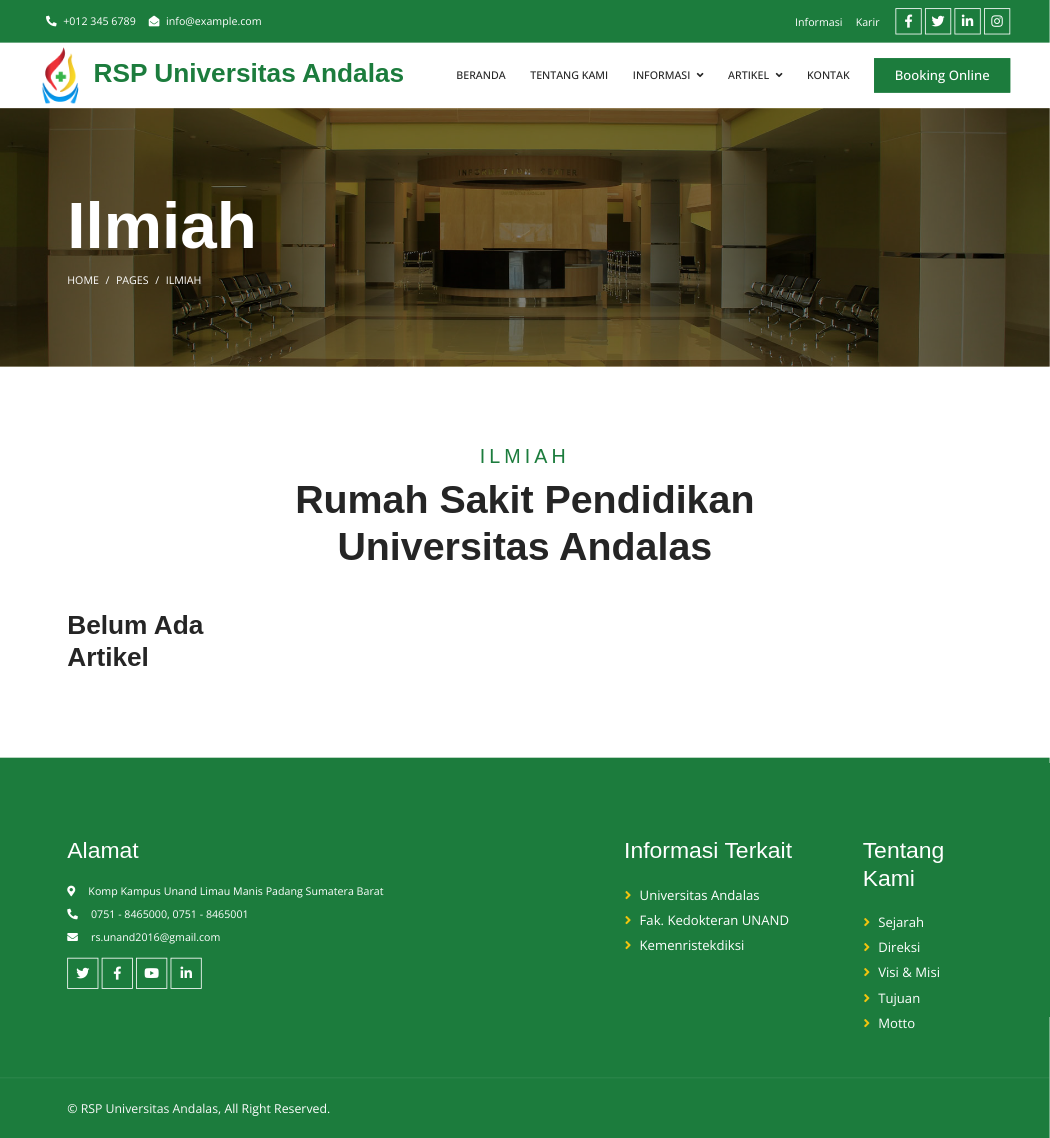
Repository: vivin-erialis/rsunand-site
Page: http://localhost/ilmiah
An editor plug-in stored every save of this project. The page is shown before and after the next save, followed by the edit.
The browser window is 1280 px wide. The pictures show the whole page, at 82% of full size.
Some web fonts or font styles are not loaded; a fallback is used. Some web libraries are served in a nearby version. The page is served by the project's Laravel application, run on PHP 8.4 with Laravel 12. Queries for data that is not in the repository find no rows.

Above is the page before, as saved 2024-04-29 09:58:26.
Console error: TypeError: Cannot read properties of undefined (reading 'version')

After the next save:
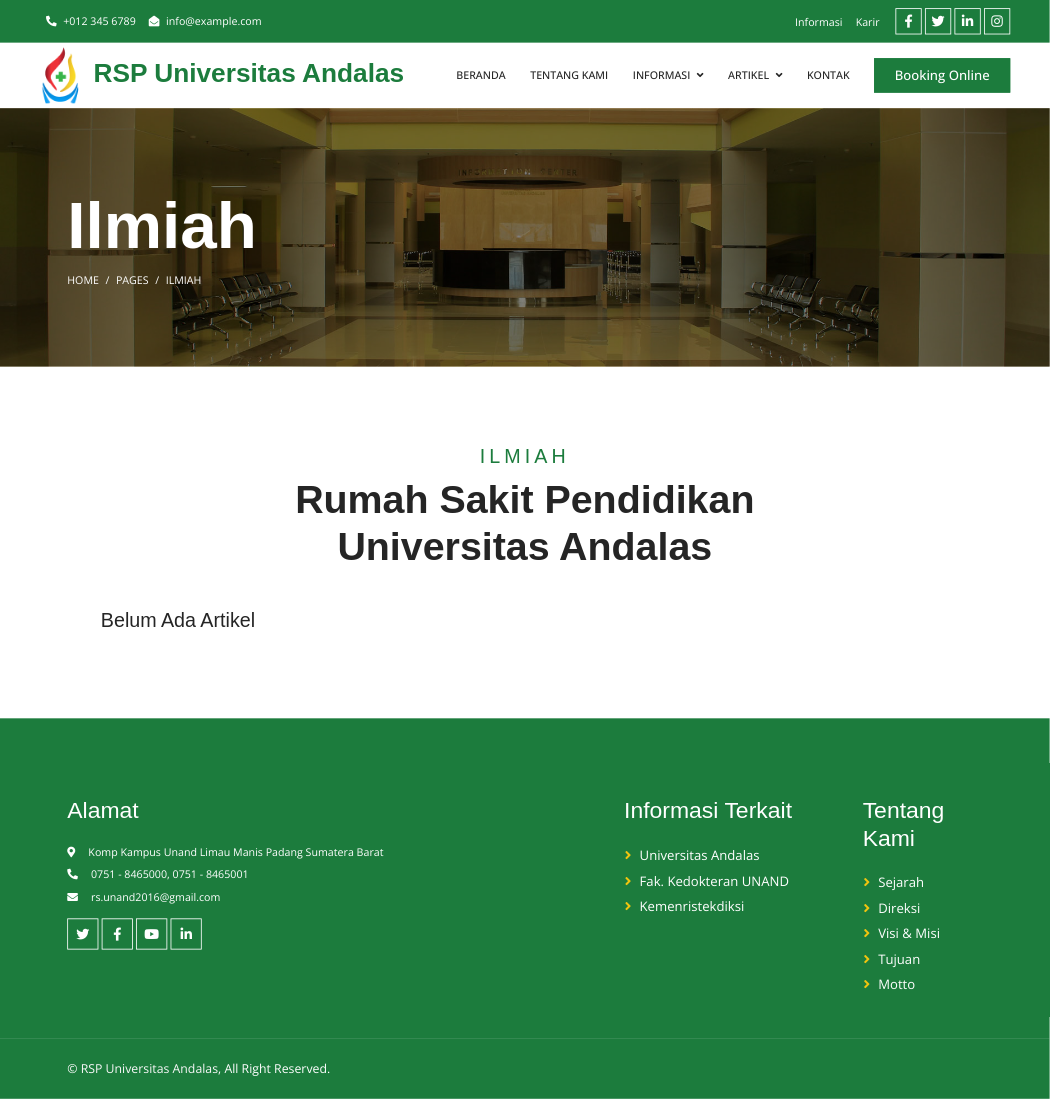
Saved 12 s later.
--- a/resources/views/Frontend/artikel/ilmiah.blade.php
+++ b/resources/views/Frontend/artikel/ilmiah.blade.php
@@ -11,7 +11,7 @@
             </div>
             <dvi class="container-berita">
                 @if ($ilmiah->isEmpty())
-                    <h2>Belum Ada Artikel</h2>
+                    <h4 class="text-center">Belum Ada Artikel</h4>
                 @endif
                 @foreach ($ilmiah as $item)
                     <div class="card">
